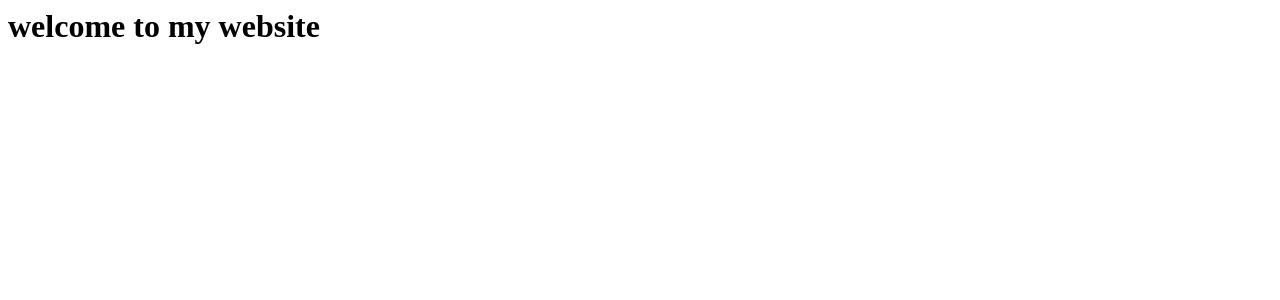
Repository: SontyanaNandini/Aws-Python-nandini
Page: template/index.html
An editor plug-in stored every save of this project. The page is shown before and after the next save, followed by the edit.
The browser window is 1280 px wide. The pictures show the whole page.

Above is the page before, as saved 2024-11-30 11:12:28.

### template/index.html
<html lang="en">
<head>
    <meta charset="UTF-8">
    <meta name="viewport" content="width=device-width, initial-scale=1.0">
    <title>Document</title>
</head>
<body>
    <h1>welcome to my website</h1>
</body>
</html>

After the next save:
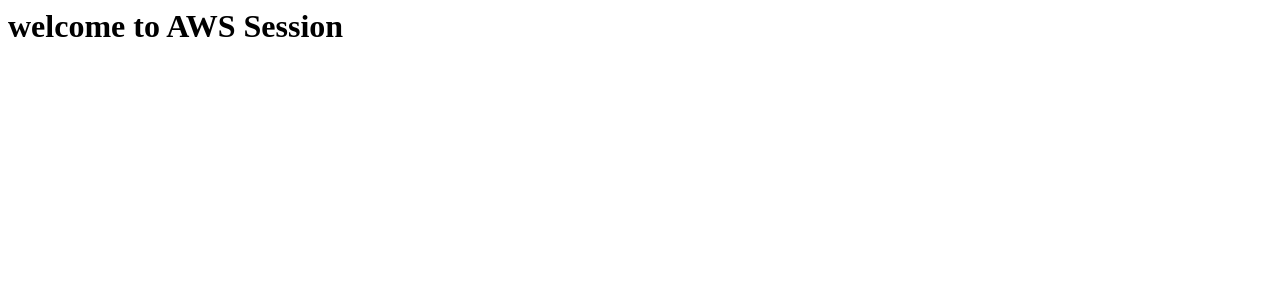
Saved 2 min 44 s later.
--- a/template/index.html
+++ b/template/index.html
@@ -5,6 +5,6 @@
     <title>Document</title>
 </head>
 <body>
-    <h1>welcome to my website</h1>
+    <h1>welcome to AWS Session</h1>
 </body>
 </html>
